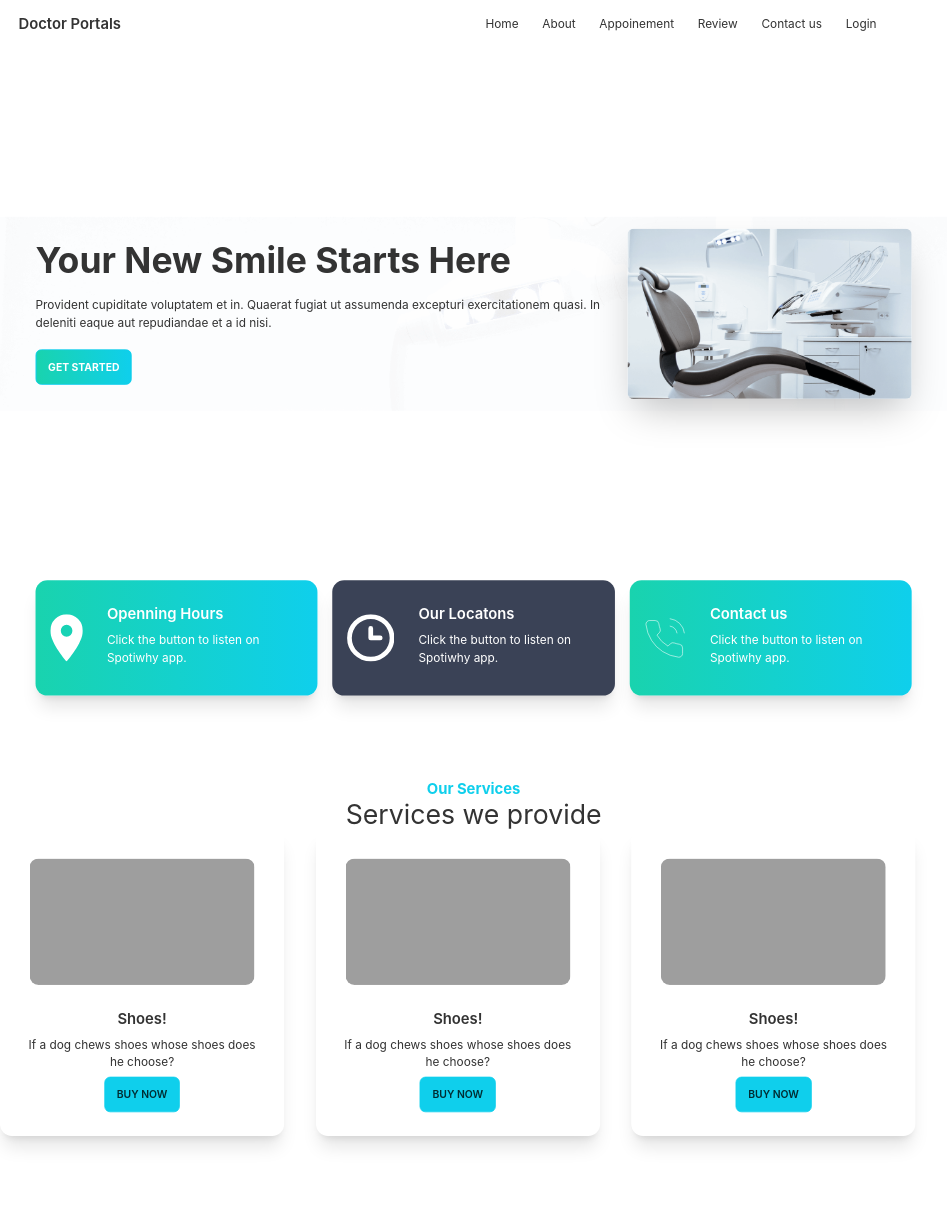
Repository: devsajid/doctors-portal-client
Page: /
These files come from the project's save history. The page is drawn as it stood at one moment and after the next save; the edit follows.
The browser window is 1280 px wide. The pictures show the whole page, at 74% of full size.
Pictures or frames that could not be fetched are drawn as grey boxes. Backgrounds fixed to the window are drawn as part of the page. The project was rebuilt for these pictures with package versions that can differ from the ones it lists, and the page was loaded fresh each time. Also part of the build but not shown: src/App.css, src/Pages/About/About.js, src/Pages/Appoinment/Appoinment.js, src/Pages/Contact/Contact.js, src/Pages/Login/Login.js, src/Pages/Review/Review.js.

Above is the page before, as saved 2022-08-05 21:53:19.

### src/index.js
import React from "react";
import ReactDOM from "react-dom/client";
import "./index.css";
import App from "./App";
import reportWebVitals from "./reportWebVitals";
import { BrowserRouter } from "react-router-dom";
const root = ReactDOM.createRoot(document.getElementById("root"));
root.render(
  <React.StrictMode>
    <BrowserRouter>
      <App />
    </BrowserRouter>
  </React.StrictMode>
);

reportWebVitals();

### src/App.js
import "./App.css";
import Navbar from "./Pages/Home/Share/Navbar/Navbar";
import { Routes, Route } from "react-router-dom";
import Home from "./Pages/Home/Home";
import About from "./Pages/About/About";
import Appoinement from "./Pages/Appoinment/Appoinment";
import Contact from "./Pages/Contact/Contact";
import Login from "./Pages/Login/Login";
import Review from "./Pages/Review/Review";
function App() {
  return (
    <div>
      <Navbar></Navbar>
      <Routes>
        <Route path="/" element={<Home />} />
        <Route path="about" element={<About />} />
        <Route path="appoinement" element={<Appoinement />} />
        <Route path="contact" element={<Contact />} />
        <Route path="login" element={<Login />} />
        <Route path="review" element={<Review />} />
      </Routes>
    </div>
  );
}

export default App;

### src/Pages/Home/Share/Navbar/Navbar.js
import React from "react";
import { Link } from "react-router-dom";

const Navbar = () => {
  const menuItem = (
    <>
      {" "}
      <li>
        <Link to="/">Home</Link>
      </li>
      <li>
        <Link to="about">About</Link>
      </li>
      <li>
        <Link to="appoinement">Appoinement</Link>
      </li>
      <li>
        <Link to="review">Review</Link>
      </li>
      <li>
        <Link to="contact">Contact us</Link>
      </li>
      <li>
        <Link to="login">Login</Link>
      </li>
    </>
  );
  return (
    <div>
      <div class="navbar   bg-base-100">
        <div class="navbar-start">
          <div class="dropdown">
            <label tabindex="0" class="btn btn-ghost lg:hidden">
              <svg
                xmlns="http://www.w3.org/2000/svg"
                class="h-5 w-5"
                fill="none"
                viewBox="0 0 24 24"
                stroke="currentColor"
              >
                <path
                  stroke-linecap="round"
                  stroke-linejoin="round"
                  stroke-width="2"
                  d="M4 6h16M4 12h8m-8 6h16"
                />
              </svg>
            </label>
            <ul
              tabindex="0"
              class="menu menu-compact dropdown-content mt-3 p-2 shadow bg-base-100 rounded-box w-52"
            >
              {menuItem}
            </ul>
          </div>
          <a class="btn btn-ghost normal-case text-xl">Doctor Portals</a>
        </div>
        <div class="navbar-center hidden lg:flex">
          <ul class="menu menu-horizontal p-0">{menuItem}</ul>
        </div>
      </div>
    </div>
  );
};

export default Navbar;

### src/Pages/Home/Home.js
import React from "react";
import Services from "../Services/Services";
import Banner from "./Banner/Banner";
import Info from "./Info/Info";

const Home = () => {
  return (
    <div>
      <Banner></Banner>
      <Info></Info>
      <Services></Services>
    </div>
  );
};

export default Home;

### src/Pages/Services/Services.js
import React from "react";
import flouride from "../../assets/images/flouride.png";
import cavity from "../../assets/images/cavity.png";
import whitening from "../../assets/images/whitening.png";
import Service from "./Service";
const Services = () => {
  const services = [
    {
      _id: 1,
      name: "Flouride Treatment",
      description: "fdgghgfh sadshdshfdsf dshfasdgsad",
      img: flouride,
    },
    {
      _id: 2,
      name: "Flouride Treatment",
      description: "fdgghgfh sadshdshfdsf dshfasdgsad",
      img: cavity,
    },
    {
      _id: 3,
      name: "Flouride Treatment",
      description: "fdgghgfh sadshdshfdsf dshfasdgsad",
      img: whitening,
    },
  ];
  return (
    <div className="my-28">
      <div className="text-center">
        <h3 className="text-primary text-xl font-bold upparecase">
          Our Services
        </h3>
        <h1 className="text-4xl">Services we provide</h1>
      </div>
      <div className="grid sm:grid-cols-1 md:grid-cols-2 lg:grid-cols-3">
        {" "}
        {services.map((service) => (
          <Service key={service._id} service={service}></Service>
        ))}
      </div>
    </div>
  );
};

export default Services;

### src/Pages/Home/Banner/Banner.js
import React from "react";
import chair from "../../../assets/images/chair.png";
import bg from "../../../assets/images/bg.png";
const Banner = () => {
  return (
    <div>
      <div class="hero min-h-screen ">
        <div
          class="hero-content bg-fixed px-12 flex-col lg:flex-row-reverse"
          style={{ backgroundImage: `url(${bg})` }}
        >
          <img src={chair} class="max-w-sm rounded-lg shadow-2xl" />
          <div>
            <h1 class="text-5xl font-bold">Your New Smile Starts Here</h1>
            <p class="py-6">
              Provident cupiditate voluptatem et in. Quaerat fugiat ut assumenda
              excepturi exercitationem quasi. In deleniti eaque aut repudiandae
              et a id nisi.
            </p>
            <button class="btn btn-primary uppercase text-white font-bold bg-gradient-to-r from-secondary to-primary">
              Get Started
            </button>
          </div>
        </div>
      </div>
    </div>
  );
};

export default Banner;

### src/Pages/Home/Info/Info.js
import React from "react";
import InfoCard from "../Info/InfoCard";
import clock from "../../../assets/icons/clock.svg";
import marker from "../../../assets/icons/marker.svg";
import phone from "../../../assets/icons/phone.svg";
const Info = () => {
  return (
    <div className="grid grid-cols-1 lg:grid-cols-3 gap-5 px-12">
      <InfoCard
        cardTitle="Openning Hours"
        bgClass="bg-gradient-to-r from-secondary to-primary"
        img={marker}
      ></InfoCard>
      <InfoCard
        cardTitle="Our Locatons"
        bgClass="bg-accent"
        img={clock}
      ></InfoCard>
      <InfoCard
        cardTitle="Contact us"
        bgClass="bg-gradient-to-r from-secondary to-primary"
        img={phone}
      ></InfoCard>
    </div>
  );
};

export default Info;

### src/Pages/Services/Service.js
import React from "react";

const Service = () => {
  return (
    <div class="card w-96 bg-base-100 shadow-xl">
      <figure class="px-10 pt-10">
        <img
          src="https://placeimg.com/400/225/arch"
          alt="Shoes"
          class="rounded-xl"
        />
      </figure>
      <div class="card-body items-center text-center">
        <h2 class="card-title">Shoes!</h2>
        <p>If a dog chews shoes whose shoes does he choose?</p>
        <div class="card-actions">
          <button class="btn btn-primary">Buy Now</button>
        </div>
      </div>
    </div>
  );
};

export default Service;

### src/Pages/Home/Info/InfoCard.js
import React from "react";

const InfoCard = ({ img, cardTitle, bgClass }) => {
  return (
    <div class={`card lg:card-side shadow-xl ${bgClass}`}>
      <figure className="pl-5">
        <img src={img} alt="Album" />
      </figure>
      <div class="card-body text-white">
        <h2 class="card-title">{cardTitle}</h2>
        <p>Click the button to listen on Spotiwhy app.</p>
        <div class="card-actions justify-end"></div>
      </div>
    </div>
  );
};

export default InfoCard;

### tailwind.config.js
/** @type {import('tailwindcss').Config} */
module.exports = {
  content: ["./src/**/*.{html,js}"],
  theme: {
    extend: {},
  },
  daisyui: {
    themes: [
      {
        doctortheme: {
          primary: "#0fcfec",
          secondary: "#19D3AE",
          accent: "#3A4256",
          neutral: "#3d4451",
          "base-100": "#ffffff",
        },
      },
      "dark",
      "cupcake",
    ],
  },
  plugins: [require("daisyui")],
};

Loaded but not shown: public/index.html (common file); src/index.css (common file); src/reportWebVitals.js (common file)

After the next save:
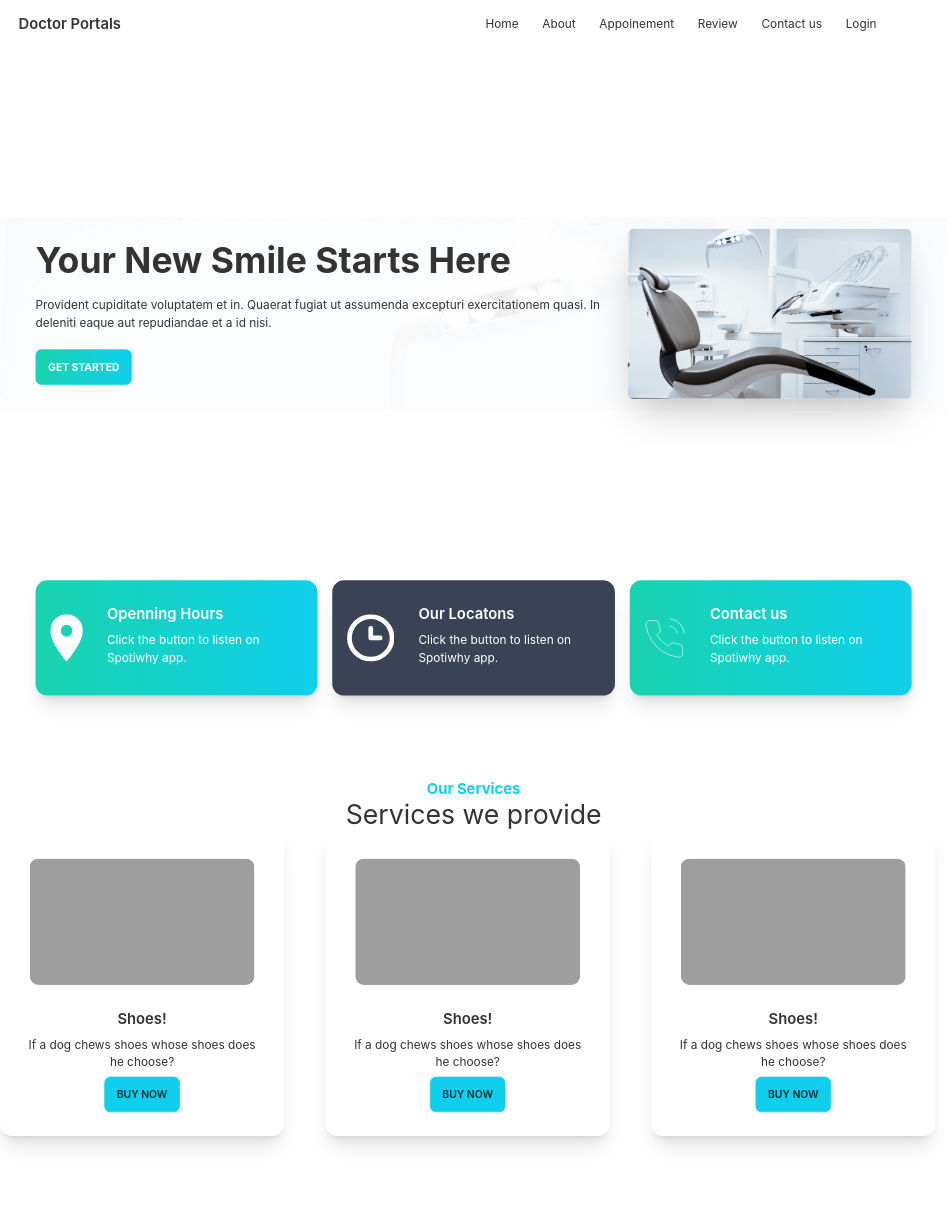
Saved 10 s later.
--- a/src/Pages/Services/Services.js
+++ b/src/Pages/Services/Services.js
@@ -32,7 +32,7 @@ const Services = () => {
         </h3>
         <h1 className="text-4xl">Services we provide</h1>
       </div>
-      <div className="grid sm:grid-cols-1 md:grid-cols-2 lg:grid-cols-3">
+      <div className="grid sm:grid-cols-1 md:grid-cols-2 lg:grid-cols-3 gap-10">
         {" "}
         {services.map((service) => (
           <Service key={service._id} service={service}></Service>
